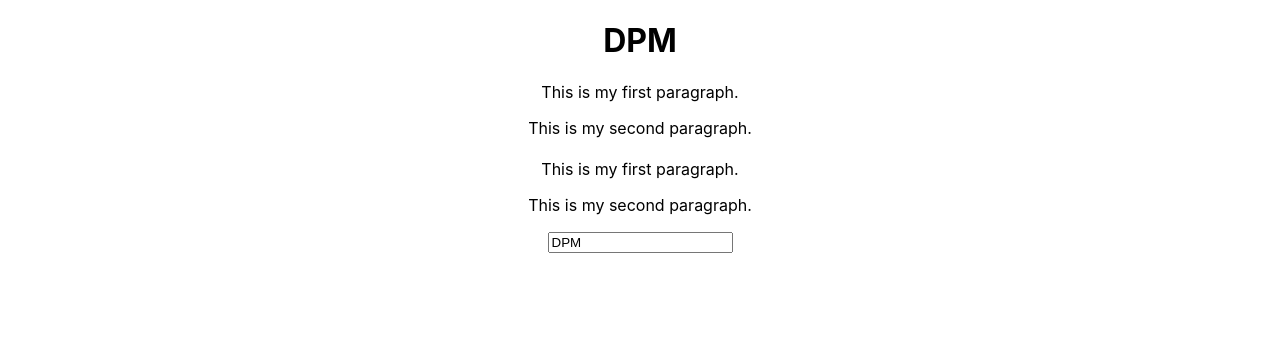
Repository: AidanHak/udemy-react-guide
Page: / (app in base-syntax--assignment-problem/)
An editor plug-in stored every save of this project. The page is shown before and after the next save, followed by the edit.
The browser window is 1280 px wide. The pictures show the whole page.
The project was rebuilt for these pictures with package versions that can differ from the ones it lists, and the page was loaded fresh each time.

Above is the page before, as saved 2020-12-17 19:24:40.

After the next save:
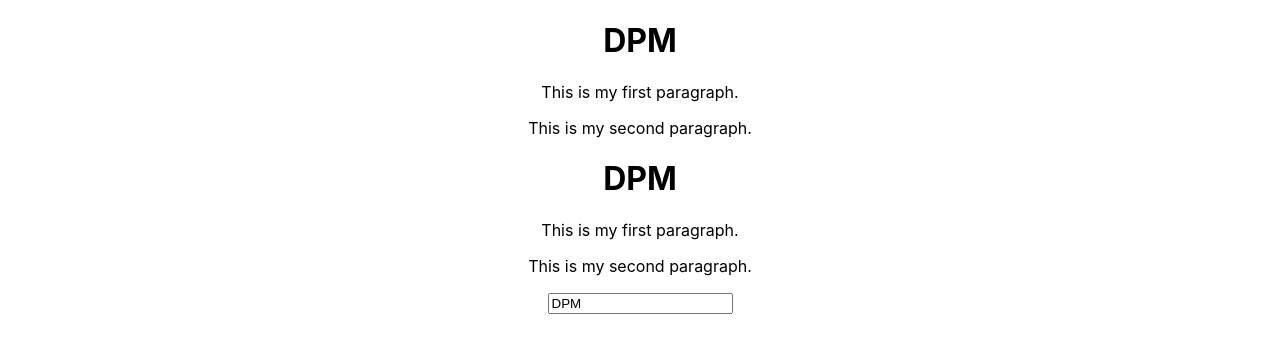
Saved 2 min 33 s later.
--- a/base-syntax--assignment-problem/src/App.js
+++ b/base-syntax--assignment-problem/src/App.js
@@ -19,7 +19,8 @@ class App extends Component {
 		  <div className="App">
 				<UserOutput
 					username={this.state.username}></UserOutput>
-				<UserOutput></UserOutput>
+				<UserOutput
+					username={this.state.username}></UserOutput>
 				<UserInput
 					username={this.state.username}
 					usernameChange={this.changeUsernameHandler}></UserInput>
